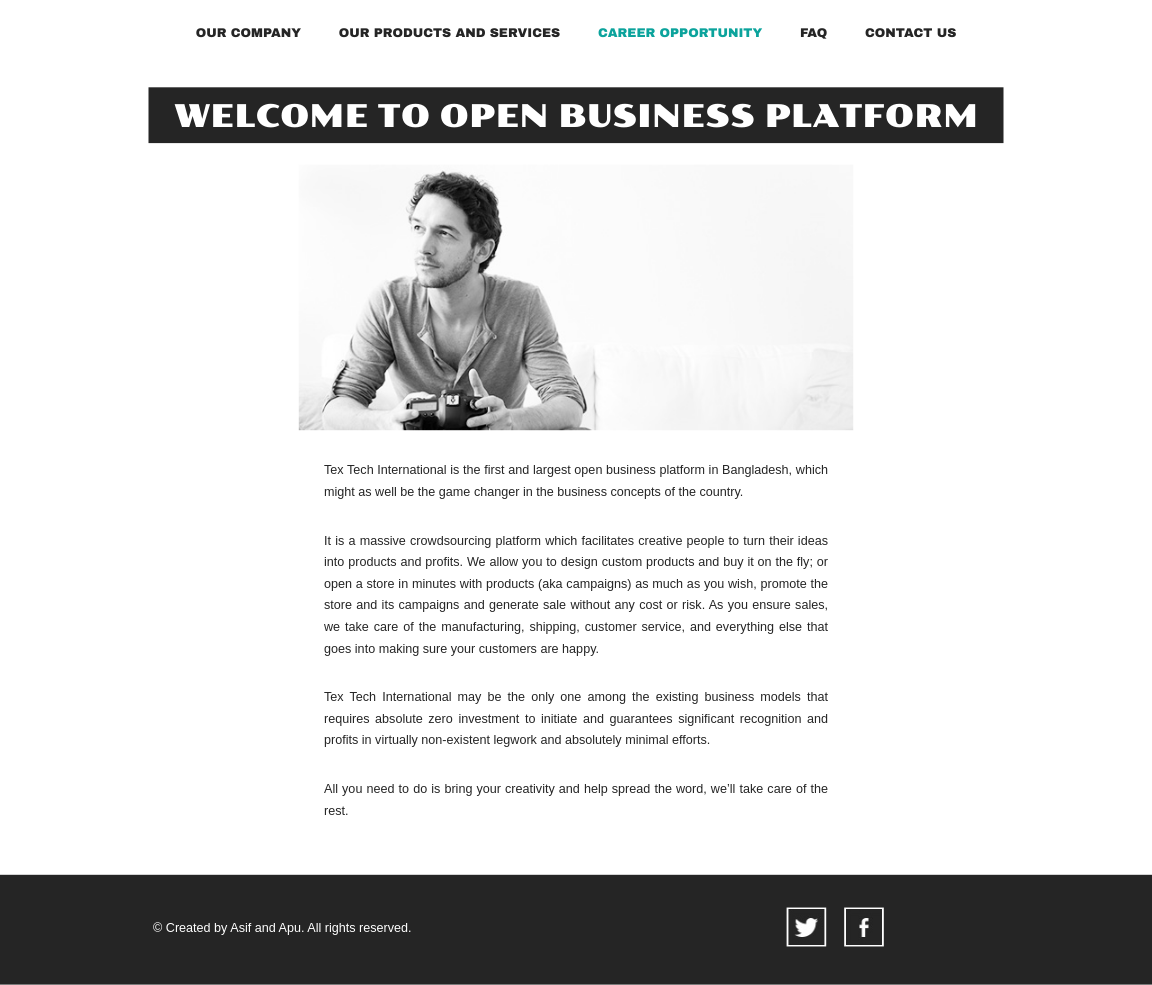
Repository: asifdotpy/textechint
Page: about.html
These files come from the project's save history. The page is drawn as it stood at one moment and after the next save; the edit follows.
The browser window is 1280 px wide. The pictures show the whole page, at 90% of full size.

Above is the page before, as saved 2021-02-24 00:50:26.

After the next save:
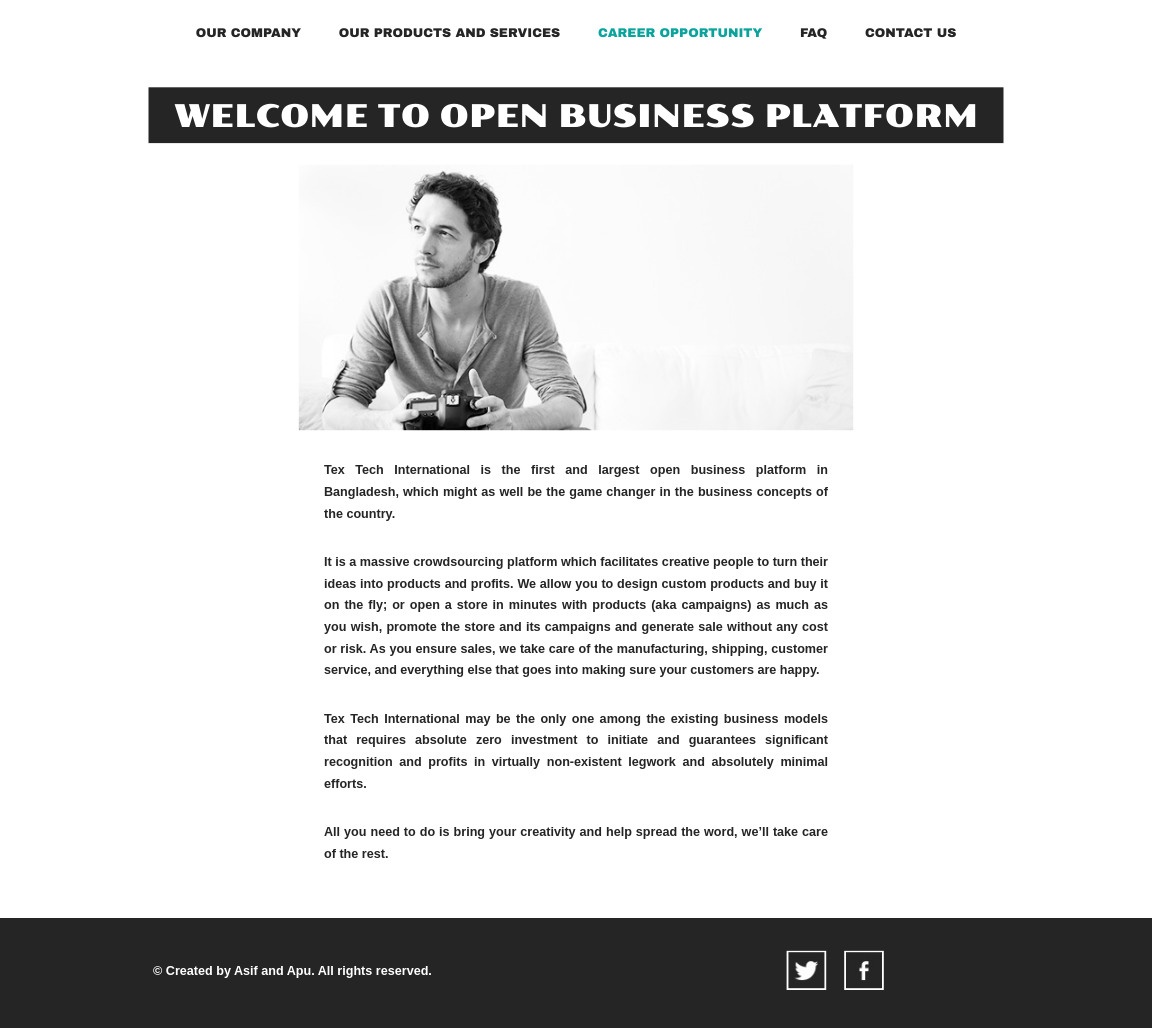
Saved 5 s later.
--- a/about.html
+++ b/about.html
@@ -35,7 +35,7 @@
 			<img src="images/photographer.jpg" alt="">
 			<div class="article">
 				<!--<h3>Tex Tech International is the first and largest open business platform in Bangladesh</h3>-->
-				<p><b></b>Tex Tech International is the first and largest open business platform in Bangladesh, which might as well be the game changer in the business concepts of the country. </p>
+				<p><b>Tex Tech International is the first and largest open business platform in Bangladesh, which might as well be the game changer in the business concepts of the country. </p>
 				<!--<h3>Our goal </h3>-->
 				<p>It is a massive crowdsourcing platform which facilitates creative people to turn their ideas into products and profits. We allow you to design custom products and buy it on the fly; or open a store in minutes with products (aka campaigns) as much as you wish, promote the store and its campaigns and generate sale without any cost or risk. As you ensure sales, we take care of the manufacturing, shipping, customer service, and everything else that goes into making sure your customers are happy.</p>
 				<!--<h3>Be Part of Our Community</h3>-->
